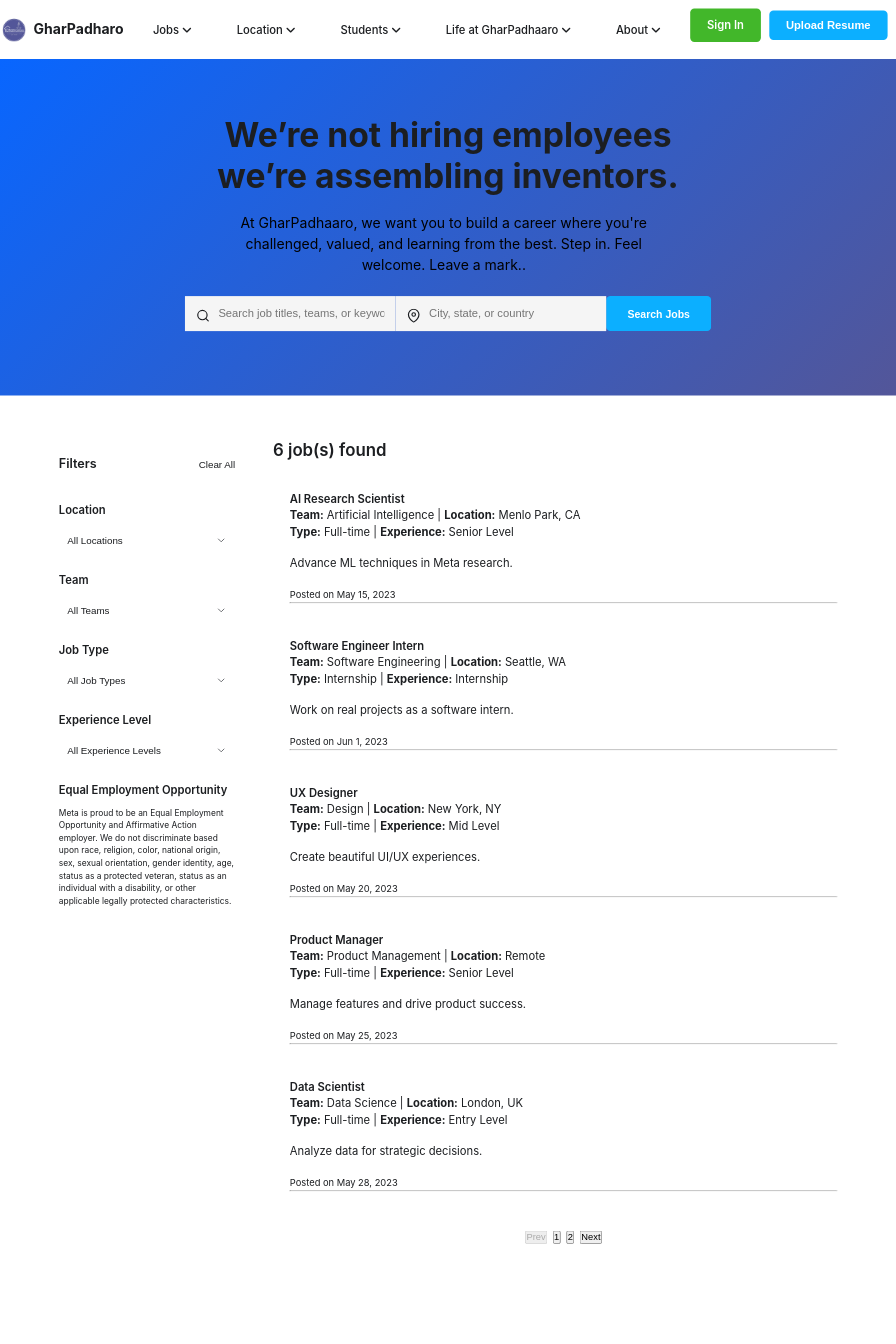
Repository: Siddharthkothiyal/GharPadhaaroCareerWebsite
Page: /careers
The author's editor kept a copy of each file at every save. The page is drawn from the files as they stood at one save, then again after the next save.
The browser window is 1280 px wide. The pictures show the part of the page from y = 0 to 1920 px (the page is 3175 px tall), at 70% of full size.
The project was rebuilt for these pictures with package versions that can differ from the ones it lists, and the page was loaded fresh each time. Also part of the build but not shown: src/components/CareerPortal/ResumeUpload.css, src/components/CareerPortal/ResumeUpload.js, src/components/Auth/Login.js, src/components/Auth/Signup.js, src/components/LandingPage/LandingPage.js, src/components/CareerPortal/JobListing/JobCategory.js.

Above is the page before, as saved 2025-06-20 16:19:53.

After the next save:
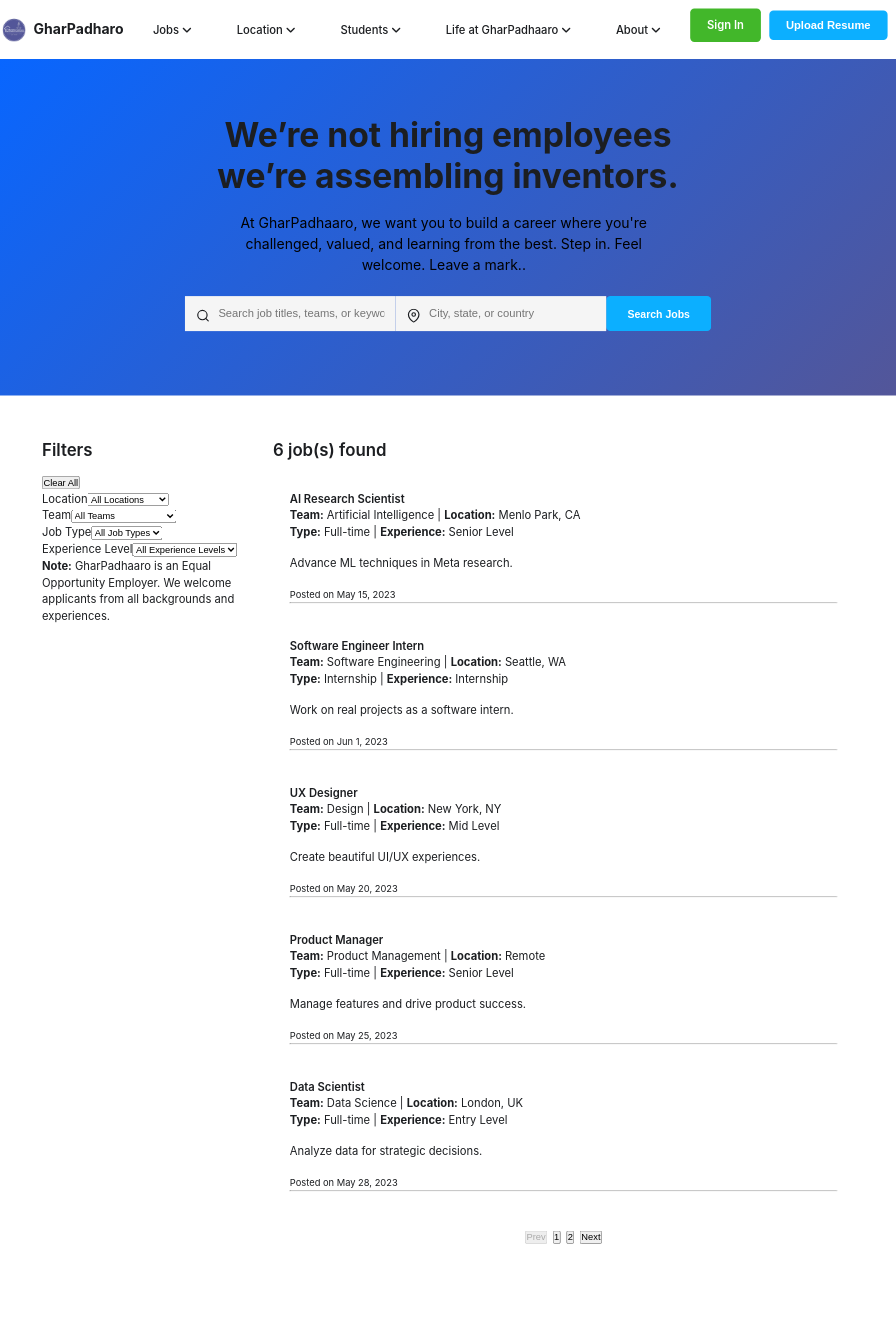
Saved 62 s later.
--- a/src/components/CareerPortal/JobListing/JobFilters.js
+++ b/src/components/CareerPortal/JobListing/JobFilters.js
@@ -1,5 +1,4 @@
 import React from 'react';
-import './JobFilters.css';
 
 const JobFilters = ({ onFilterChange, filters }) => {
   const locations = [
@@ -48,11 +47,12 @@
   ];
 
   return (
-    <div className="job-filters">
-      <div className="filter-header">
-        <h3>Filters</h3>
+    <div className="space-y-6">
+      {/* Header */}
+      <div className="flex justify-between items-center border-b pb-2">
+        <h3 className="text-xl font-semibold text-gray-800">Filters</h3>
         <button
-          className="clear-filters"
+          className="text-sm text-blue-600 hover:underline"
           onClick={() => {
             onFilterChange('location', '');
             onFilterChange('team', '');
@@ -64,71 +64,76 @@
         </button>
       </div>
 
-      <div className="filter-section">
-        <h4>Location</h4>
-        <select
-          value={filters.location}
-          onChange={(e) => onFilterChange('location', e.target.value)}
-          className="filter-select"
-        >
-          {locations.map((location, index) => (
-            <option key={index} value={location === 'All Locations' ? '' : location}>
-              {location}
-            </option>
-          ))}
-        </select>
+      {/* Filter Sections */}
+      <div className="space-y-4">
+        {/* Location */}
+        <div>
+          <label className="block text-sm font-medium text-gray-700 mb-1">Location</label>
+          <select
+            value={filters.location}
+            onChange={(e) => onFilterChange('location', e.target.value)}
+            className="w-full p-2 border border-gray-300 rounded-md shadow-sm focus:ring-blue-500 focus:border-blue-500"
+          >
+            {locations.map((location, index) => (
+              <option key={index} value={location === 'All Locations' ? '' : location}>
+                {location}
+              </option>
+            ))}
+          </select>
+        </div>
+
+        {/* Team */}
+        <div>
+          <label className="block text-sm font-medium text-gray-700 mb-1">Team</label>
+          <select
+            value={filters.team}
+            onChange={(e) => onFilterChange('team', e.target.value)}
+            className="w-full p-2 border border-gray-300 rounded-md shadow-sm focus:ring-blue-500 focus:border-blue-500"
+          >
+            {teams.map((team, index) => (
+              <option key={index} value={team === 'All Teams' ? '' : team}>
+                {team}
+              </option>
+            ))}
+          </select>
+        </div>
+
+        {/* Job Type */}
+        <div>
+          <label className="block text-sm font-medium text-gray-700 mb-1">Job Type</label>
+          <select
+            value={filters.jobType}
+            onChange={(e) => onFilterChange('jobType', e.target.value)}
+            className="w-full p-2 border border-gray-300 rounded-md shadow-sm focus:ring-blue-500 focus:border-blue-500"
+          >
+            {jobTypes.map((type, index) => (
+              <option key={index} value={type === 'All Job Types' ? '' : type}>
+                {type}
+              </option>
+            ))}
+          </select>
+        </div>
+
+        {/* Experience Level */}
+        <div>
+          <label className="block text-sm font-medium text-gray-700 mb-1">Experience Level</label>
+          <select
+            value={filters.experience}
+            onChange={(e) => onFilterChange('experience', e.target.value)}
+            className="w-full p-2 border border-gray-300 rounded-md shadow-sm focus:ring-blue-500 focus:border-blue-500"
+          >
+            {experienceLevels.map((level, index) => (
+              <option key={index} value={level === 'All Experience Levels' ? '' : level}>
+                {level}
+              </option>
+            ))}
+          </select>
+        </div>
       </div>
 
-      <div className="filter-section">
-        <h4>Team</h4>
-        <select
-          value={filters.team}
-          onChange={(e) => onFilterChange('team', e.target.value)}
-          className="filter-select"
-        >
-          {teams.map((team, index) => (
-            <option key={index} value={team === 'All Teams' ? '' : team}>
-              {team}
-            </option>
-          ))}
-        </select>
-      </div>
-
-      <div className="filter-section">
-        <h4>Job Type</h4>
-        <select
-          value={filters.jobType}
-          onChange={(e) => onFilterChange('jobType', e.target.value)}
-          className="filter-select"
-        >
-          {jobTypes.map((type, index) => (
-            <option key={index} value={type === 'All Job Types' ? '' : type}>
-              {type}
-            </option>
-          ))}
-        </select>
-      </div>
-
-      <div className="filter-section">
-        <h4>Experience Level</h4>
-        <select
-          value={filters.experience}
-          onChange={(e) => onFilterChange('experience', e.target.value)}
-          className="filter-select"
-        >
-          {experienceLevels.map((level, index) => (
-            <option key={index} value={level === 'All Experience Levels' ? '' : level}>
-              {level}
-            </option>
-          ))}
-        </select>
-      </div>
-
-      <div className="filter-section">
-        <h4>Equal Employment Opportunity</h4>
-        <p className="eeo-statement">
-          Meta is proud to be an Equal Employment Opportunity and Affirmative Action employer. We do not discriminate based upon race, religion, color, national origin, sex, sexual orientation, gender identity, age, status as a protected veteran, status as an individual with a disability, or other applicable legally protected characteristics.
-        </p>
+      {/* EEO Statement */}
+      <div className="text-xs text-gray-500 mt-4 border-t pt-4">
+        <strong>Note:</strong> GharPadhaaro is an Equal Opportunity Employer. We welcome applicants from all backgrounds and experiences.
       </div>
     </div>
   );

After the save that followed:
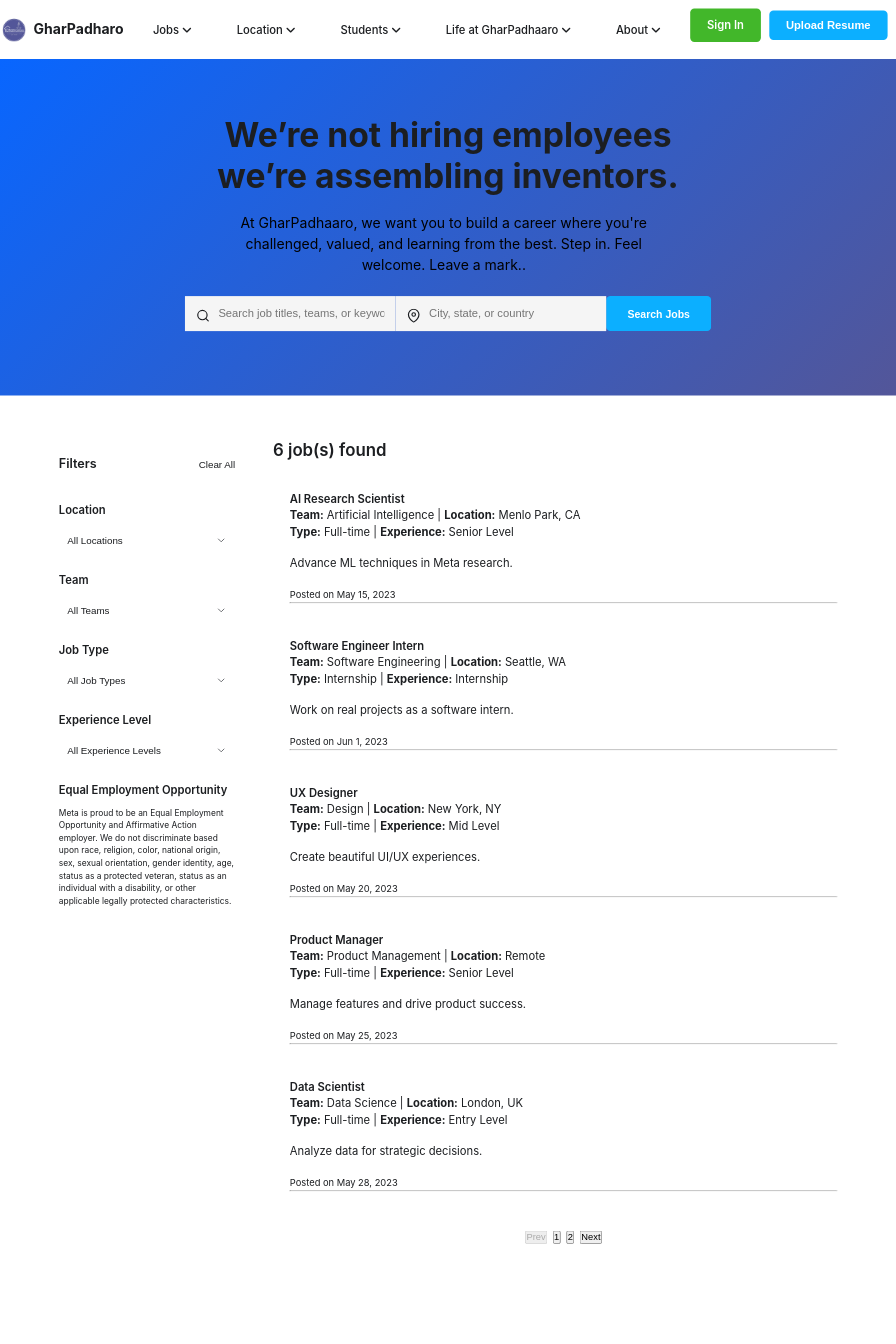
Saved 11 s later.
--- a/src/components/CareerPortal/JobListing/JobFilters.js
+++ b/src/components/CareerPortal/JobListing/JobFilters.js
@@ -1,4 +1,5 @@
 import React from 'react';
+import './JobFilters.css';
 
 const JobFilters = ({ onFilterChange, filters }) => {
   const locations = [
@@ -47,12 +48,11 @@
   ];
 
   return (
-    <div className="space-y-6">
-      {/* Header */}
-      <div className="flex justify-between items-center border-b pb-2">
-        <h3 className="text-xl font-semibold text-gray-800">Filters</h3>
+    <div className="job-filters">
+      <div className="filter-header">
+        <h3>Filters</h3>
         <button
-          className="text-sm text-blue-600 hover:underline"
+          className="clear-filters"
           onClick={() => {
             onFilterChange('location', '');
             onFilterChange('team', '');
@@ -64,76 +64,71 @@
         </button>
       </div>
 
-      {/* Filter Sections */}
-      <div className="space-y-4">
-        {/* Location */}
-        <div>
-          <label className="block text-sm font-medium text-gray-700 mb-1">Location</label>
-          <select
-            value={filters.location}
-            onChange={(e) => onFilterChange('location', e.target.value)}
-            className="w-full p-2 border border-gray-300 rounded-md shadow-sm focus:ring-blue-500 focus:border-blue-500"
-          >
-            {locations.map((location, index) => (
-              <option key={index} value={location === 'All Locations' ? '' : location}>
-                {location}
-              </option>
-            ))}
-          </select>
-        </div>
-
-        {/* Team */}
-        <div>
-          <label className="block text-sm font-medium text-gray-700 mb-1">Team</label>
-          <select
-            value={filters.team}
-            onChange={(e) => onFilterChange('team', e.target.value)}
-            className="w-full p-2 border border-gray-300 rounded-md shadow-sm focus:ring-blue-500 focus:border-blue-500"
-          >
-            {teams.map((team, index) => (
-              <option key={index} value={team === 'All Teams' ? '' : team}>
-                {team}
-              </option>
-            ))}
-          </select>
-        </div>
-
-        {/* Job Type */}
-        <div>
-          <label className="block text-sm font-medium text-gray-700 mb-1">Job Type</label>
-          <select
-            value={filters.jobType}
-            onChange={(e) => onFilterChange('jobType', e.target.value)}
-            className="w-full p-2 border border-gray-300 rounded-md shadow-sm focus:ring-blue-500 focus:border-blue-500"
-          >
-            {jobTypes.map((type, index) => (
-              <option key={index} value={type === 'All Job Types' ? '' : type}>
-                {type}
-              </option>
-            ))}
-          </select>
-        </div>
-
-        {/* Experience Level */}
-        <div>
-          <label className="block text-sm font-medium text-gray-700 mb-1">Experience Level</label>
-          <select
-            value={filters.experience}
-            onChange={(e) => onFilterChange('experience', e.target.value)}
-            className="w-full p-2 border border-gray-300 rounded-md shadow-sm focus:ring-blue-500 focus:border-blue-500"
-          >
-            {experienceLevels.map((level, index) => (
-              <option key={index} value={level === 'All Experience Levels' ? '' : level}>
-                {level}
-              </option>
-            ))}
-          </select>
-        </div>
+      <div className="filter-section">
+        <h4>Location</h4>
+        <select
+          value={filters.location}
+          onChange={(e) => onFilterChange('location', e.target.value)}
+          className="filter-select"
+        >
+          {locations.map((location, index) => (
+            <option key={index} value={location === 'All Locations' ? '' : location}>
+              {location}
+            </option>
+          ))}
+        </select>
       </div>
 
-      {/* EEO Statement */}
-      <div className="text-xs text-gray-500 mt-4 border-t pt-4">
-        <strong>Note:</strong> GharPadhaaro is an Equal Opportunity Employer. We welcome applicants from all backgrounds and experiences.
+      <div className="filter-section">
+        <h4>Team</h4>
+        <select
+          value={filters.team}
+          onChange={(e) => onFilterChange('team', e.target.value)}
+          className="filter-select"
+        >
+          {teams.map((team, index) => (
+            <option key={index} value={team === 'All Teams' ? '' : team}>
+              {team}
+            </option>
+          ))}
+        </select>
+      </div>
+
+      <div className="filter-section">
+        <h4>Job Type</h4>
+        <select
+          value={filters.jobType}
+          onChange={(e) => onFilterChange('jobType', e.target.value)}
+          className="filter-select"
+        >
+          {jobTypes.map((type, index) => (
+            <option key={index} value={type === 'All Job Types' ? '' : type}>
+              {type}
+            </option>
+          ))}
+        </select>
+      </div>
+
+      <div className="filter-section">
+        <h4>Experience Level</h4>
+        <select
+          value={filters.experience}
+          onChange={(e) => onFilterChange('experience', e.target.value)}
+          className="filter-select"
+        >
+          {experienceLevels.map((level, index) => (
+            <option key={index} value={level === 'All Experience Levels' ? '' : level}>
+              {level}
+            </option>
+          ))}
+        </select>
+      </div>
+
+      <div className="filter-section">
+        <h4>Equal Employment Opportunity</h4>
+        <p className="eeo-statement">
+          Meta is proud to be an Equal Employment Opportunity and Affirmative Action employer. We do not discriminate based upon race, religion, color, national origin, sex, sexual orientation, gender identity, age, status as a protected veteran, status as an individual with a disability, or other applicable legally protected characteristics.
+        </p>
       </div>
     </div>
   );
